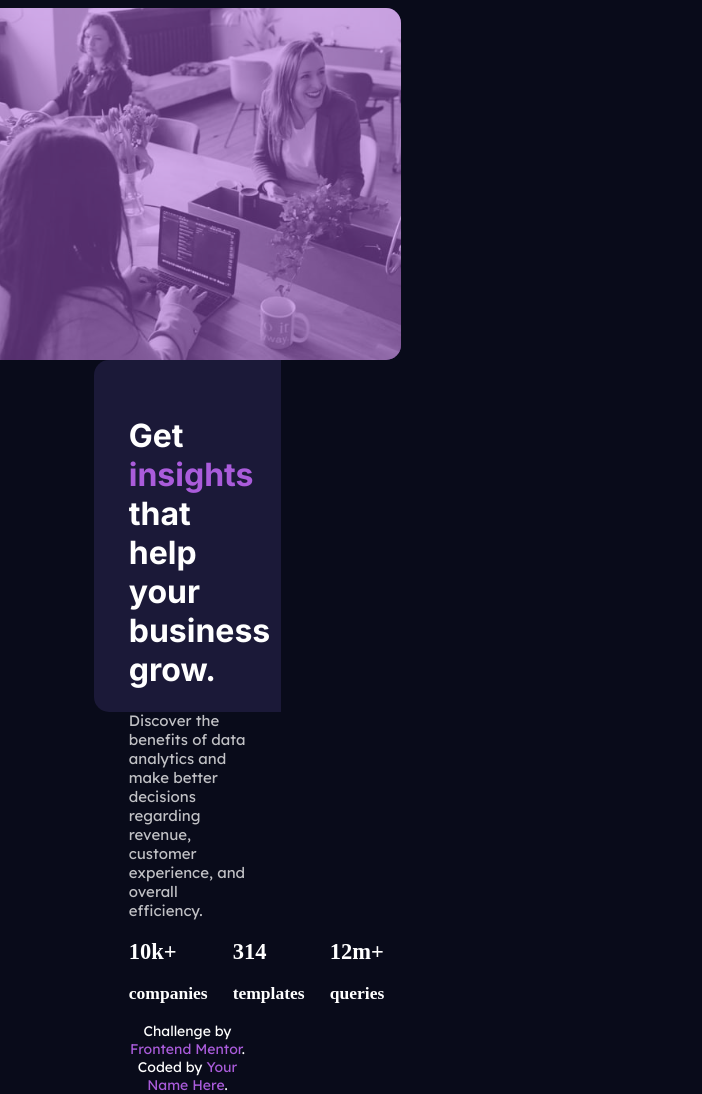
Repository: wasanmsn/Card_Challange
Page: index.html
These files come from the project's save history. The page is drawn as it stood at one moment and after the next save; the edit follows.
The browser window is 375 px wide. The page is 401 px wide, then 702 px, then 401 px, so the pictures cover 702 px, including what lies to the right of the window. The pictures show the whole page.

Above is the page before, as saved 2021-07-21 17:12:12.

After the next save:
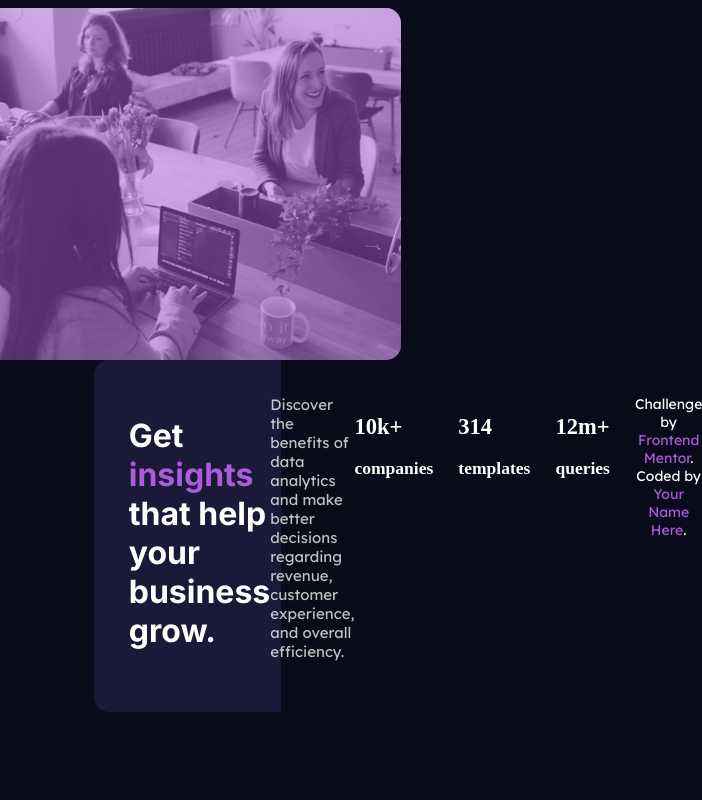
Saved 66 s later.
--- a/stylesheet.css
+++ b/stylesheet.css
@@ -45,46 +45,55 @@
     border-radius: 0 15px 15px 0;
     background-color: hsl(277, 64%, 61%);
 }
+
 span {
     color: hsl(277, 64%, 61%);
 
 }
+
 #img {
     opacity: 0.5;
     height: 100%;
     border-radius: 0 15px 15px 0;
 }
-#header{
+
+#header {
     font-family: 'Inter', sans-serif;
     font-weight: 700;
-    color:hsl(0, 0%, 100%) ;
+    color: hsl(0, 0%, 100%);
 }
-#content{
+
+#content {
     font-size: 15px;
     font-family: 'Lexend Deca', sans-serif;
     color: hsla(0, 0%, 100%, 0.75);
 }
-#content2{
+
+#content2 {
     display: flex;
     font-size: 15px;
     font-family: 'Times New Roman', Times, serif;
-    color: hsl(0, 0%, 100%) ;
+    color: hsl(0, 0%, 100%);
 }
-.row{
+
+.row {
     display: block;
     margin-right: 25px;
 }
+
 .attribution {
     font-size: 14px;
     text-align: center;
     font-family: 'Lexend Deca', sans-serif;
-    color: hsl(0, 0%, 100%) ;
+    color: hsl(0, 0%, 100%);
 }
+
 .attribution a {
     text-decoration: none;
     color: hsl(277, 64%, 61%);
-  }
-  @media (max-width:600px){
+}
+
+@media (max-width:600px) {
     .container {
         width: 100%;
         display: flex;
@@ -94,4 +103,34 @@
         align-items: center;
 
     }
-  }
+
+    .column1 {
+        -webkit-box-sizing: border-box;
+        /* Safari/Chrome, other WebKit */
+        -moz-box-sizing: border-box;
+        /* Firefox, other Gecko */
+        box-sizing: border-box;
+        /* Opera/IE 8+ */
+        display: flex;
+        flex-direction: row;
+        justify-content: space-between;
+        height: 22rem;
+        width: 50%;
+        padding: 35px;
+        border-radius: 15px 0 0 15px;
+        background-color: hsl(244, 38%, 16%);
+
+    }
+
+    .column2 {
+        -webkit-box-sizing: border-box;
+        /* Safari/Chrome, other WebKit */
+        -moz-box-sizing: border-box;
+        /* Firefox, other Gecko */
+        box-sizing: border-box;
+        /* Opera/IE 8+ */
+        height: 22rem;
+        border-radius: 0 15px 15px 0;
+        background-color: hsl(277, 64%, 61%);
+    }
+}

After the save that followed:
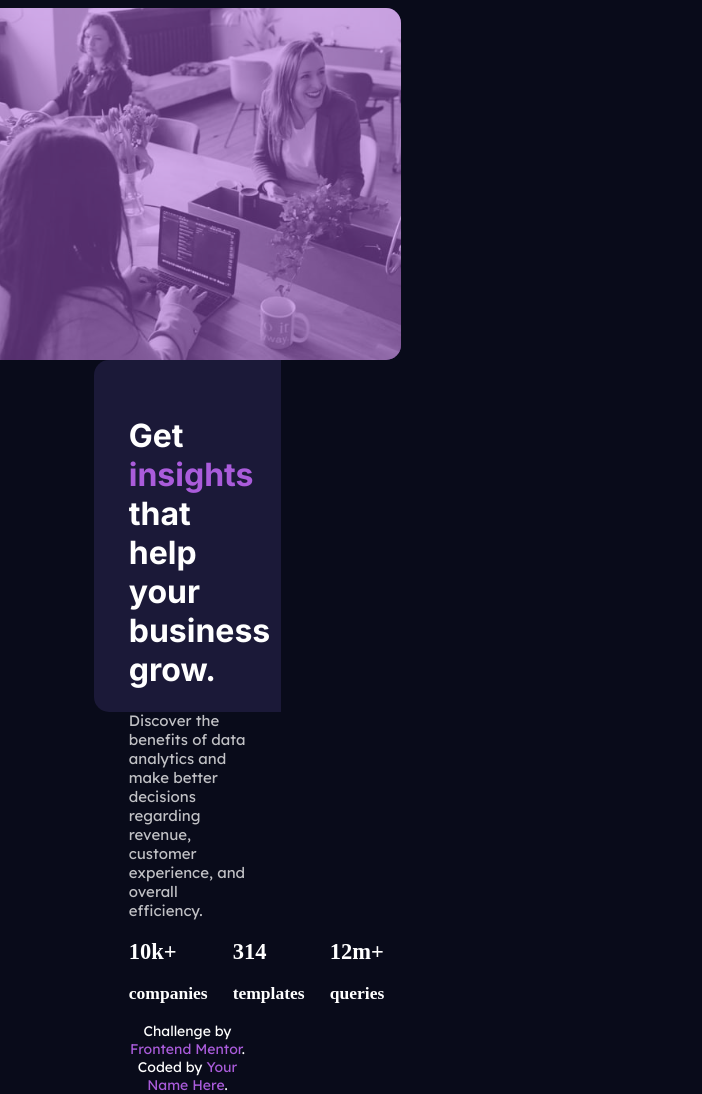
Saved 25 s later.
--- a/stylesheet.css
+++ b/stylesheet.css
@@ -112,11 +112,9 @@
         box-sizing: border-box;
         /* Opera/IE 8+ */
         display: flex;
-        flex-direction: row;
+        flex-direction: column;
         justify-content: space-between;
-        height: 22rem;
-        width: 50%;
-        padding: 35px;
+
         border-radius: 15px 0 0 15px;
         background-color: hsl(244, 38%, 16%);
 
